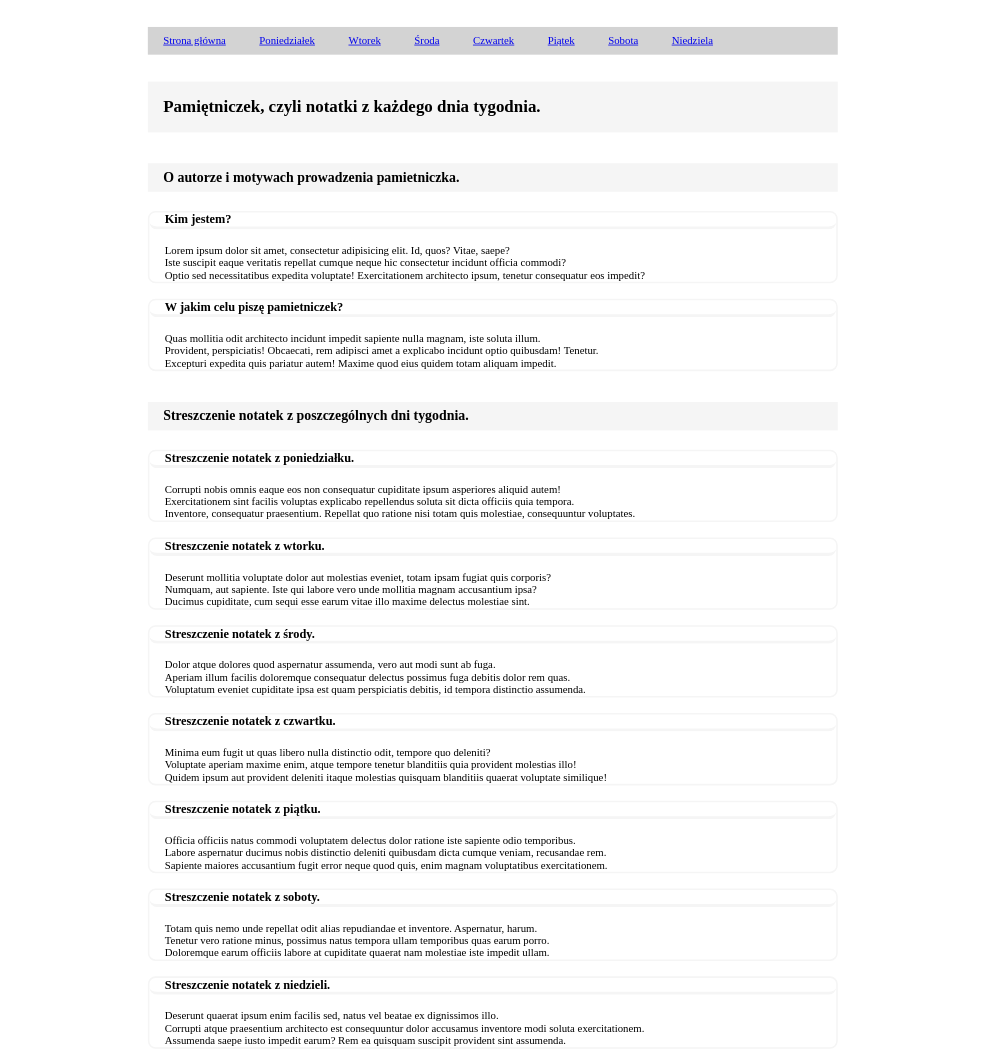
Repository: ArturNatwora/hompage
Page: index.html
These files come from the project's save history. The page is drawn as it stood at one moment and after the next save; the edit follows.
The browser window is 1280 px wide. The pictures show the whole page, at 77% of full size.

Above is the page before, as saved 2019-06-11 19:45:52.

### index.html
<!DOCTYPE html>
<html lang="pl">

<head>
    <meta charset="UTF-8">
    <meta name="viewport" content="width=device-width, initial-scale=1.0">
    <meta http-equiv="X-UA-Compatible" content="ie=edge">
    <link rel="stylesheet" href="index.css">
    <title>Strona domowa w ramach kursu WTf CO TEN FRONTEND.</title>
</head>

<body>
    <header class="bodyHeader">
        <nav class="bodyHeader__nav">
            <ul class="bodyHeader__navListLink" >
                <li class="bodyHeader__navItemLink"><a class="bodyHeader__navLink" href="index.html">Strona główna</a></li>
                <li class="bodyHeader__navItemLink"><a class="bodyHeader__navLink" href="./days/1.html">Poniedziałek</a></li>
                <li class="bodyHeader__navItemLink"><a class="bodyHeader__navLink" href="./days/2.html">Wtorek</a></li>
                <li class="bodyHeader__navItemLink"><a class="bodyHeader__navLink" href="./days/3.html">Środa</a></li>
                <li class="bodyHeader__navItemLink"><a class="bodyHeader__navLink" href="./days/4.html">Czwartek</a></li>
                <li class="bodyHeader__navItemLink"><a class="bodyHeader__navLink" href="./days/5.html">Piątek</a></li>
                <li class="bodyHeader__navItemLink"><a class="bodyHeader__navLink" href="./days/6.html">Sobota</a></li>
                <li class="bodyHeader__navItemLink"><a class="bodyHeader__navLink" href="./days/7.html">Niedziela</a></li>
            </ul>
        </nav>
        <h1 class="bodyHeader__title">Pamiętniczek, czyli notatki z każdego dnia tygodnia.</h1>
    </header>
    <main class="main">
        <section class="section">
            <h2 class="section__title">O autorze i motywach prowadzenia pamietniczka.</h2>
            <article class="article">
                <h3 class="article__title">Kim jestem?</h3>
                <p>Lorem ipsum dolor sit amet, consectetur adipisicing elit. Id, quos? Vitae, saepe?</p>
                <p>Iste suscipit eaque veritatis repellat cumque neque hic consectetur incidunt officia commodi?</p>
                <p>Optio sed necessitatibus expedita voluptate! Exercitationem architecto ipsum, tenetur consequatur eos
                    impedit?</p>
            </article>
            <article class="article">

                <h3 class="article__title">W jakim celu piszę pamietniczek?</h3>
                <p>Quas mollitia odit architecto incidunt impedit sapiente nulla magnam, iste soluta illum.</p>
                <p>Provident, perspiciatis! Obcaecati, rem adipisci amet a explicabo incidunt optio quibusdam! Tenetur.
                </p>
                <p>Excepturi expedita quis pariatur autem! Maxime quod eius quidem totam aliquam impedit.</p>
            </article>

        </section>

        <section class="section">
                <h2 class="section__title">Streszczenie notatek z poszczególnych dni tygodnia.</h2>
                <article class="article">
                    <h3 class="article__title">Streszczenie notatek z poniedziałku.</h3>
                    <p>Corrupti nobis omnis eaque eos non consequatur cupiditate ipsum asperiores aliquid autem!</p>
                    <p>Exercitationem sint facilis voluptas explicabo repellendus soluta sit dicta officiis quia
                        tempora.</p>
                    <p>Inventore, consequatur praesentium. Repellat quo ratione nisi totam quis molestiae, consequuntur
                        voluptates.</p>
                </article>
                <article class="article">
                    <h3 class="article__title">Streszczenie notatek z wtorku.</h3>
                    <p>Deserunt mollitia voluptate dolor aut molestias eveniet, totam ipsam fugiat quis corporis?</p>
                    <p>Numquam, aut sapiente. Iste qui labore vero unde mollitia magnam accusantium ipsa?</p>
                    <p>Ducimus cupiditate, cum sequi esse earum vitae illo maxime delectus molestiae sint.</p>
                </article>
                <article class="article">
                    <h3 class="article__title">Streszczenie notatek z środy.</h3>
                    <p>Dolor atque dolores quod aspernatur assumenda, vero aut modi sunt ab fuga.</p>
                    <p>Aperiam illum facilis doloremque consequatur delectus possimus fuga debitis dolor rem quas.</p>
                    <p>Voluptatum eveniet cupiditate ipsa est quam perspiciatis debitis, id tempora distinctio
                        assumenda.</p>
                </article>
                <article class="article">
                    <h3 class="article__title">Streszczenie notatek z czwartku.</h3>
                    <p>Minima eum fugit ut quas libero nulla distinctio odit, tempore quo deleniti?</p>
                    <p>Voluptate aperiam maxime enim, atque tempore tenetur blanditiis quia provident molestias illo!
                    </p>
                    <p>Quidem ipsum aut provident deleniti itaque molestias quisquam blanditiis quaerat voluptate
                        similique!</p>
                </article>
                <article class="article">
                    <h3 class="article__title">Streszczenie notatek z piątku.</h3>
                    <p>Officia officiis natus commodi voluptatem delectus dolor ratione iste sapiente odio temporibus.
                    </p>
                    <p>Labore aspernatur ducimus nobis distinctio deleniti quibusdam dicta cumque veniam, recusandae
                        rem.</p>
                    <p>Sapiente maiores accusantium fugit error neque quod quis, enim magnam voluptatibus
                        exercitationem.</p>
                </article>
                <article class="article">
                    <h3 class="article__title">Streszczenie notatek z soboty.</h3>
                    <p>Totam quis nemo unde repellat odit alias repudiandae et inventore. Aspernatur, harum.</p>
                    <p>Tenetur vero ratione minus, possimus natus tempora ullam temporibus quas earum porro.</p>
                    <p>Doloremque earum officiis labore at cupiditate quaerat nam molestiae iste impedit ullam.</p>
                </article>
                <article class="article">
                    <h3 class="article__title">Streszczenie notatek z niedzieli.</h3>
                    <p>Deserunt quaerat ipsum enim facilis sed, natus vel beatae ex dignissimos illo.</p>
                    <p>Corrupti atque praesentium architecto est consequuntur dolor accusamus inventore modi soluta
                        exercitationem.</p>
                    <p>Assumenda saepe iusto impedit earum? Rem ea quisquam suscipit provident sint assumenda.</p>
                </article>
            </section>


    </main>
    <script src="index.js"></script>
</body>

</html>

### index.css

*{
    margin: 0;
    padding: 0;
    box-sizing: border-box;
    font-size: 14px;
}


body{
    width: 70%;
    margin:  auto;

}

.bodyHeader {
    width: 100%;

    display: block;
    position: relative;


}
.bodyHeader__nav{
    background: lightgrey;
    width: 100%;
    height: auto;
    margin: 35px 0;

    display: block;
}
.bodyHeader__navListLink {
    width: 100%;
    list-style: none;
    display: block;
}
.bodyHeader__navItemLink{
    display: inline-block;
    margin: 10px 20px;
}

.bodyHeader__title{
    font-size: 22px;
    display: block;
    margin:16px 0;
    padding: 20px;
    background: whitesmoke;
}
.section{
    width: 100%;
    margin:40px 0 0 0 ;




}
.section__title{
    width: 100%;
    font-size: 18px;
    display: block;
    margin:25px 0;
    padding: 8px 20px;
    background: whitesmoke;
}
.article{

    display: block;
    margin:0 0 20px 0;
    padding: 0px;
    border: 2px solid;
    border-color: whitesmoke;
    border-radius: 10px;

}
.article__title{
    font-size: 16px;
    display: block;
    margin:0 0 20px 0 ;
    padding: 0 20px;

    border-width: 0 0 4px 0 ;
    border-style: solid;
    border-color: whitesmoke;
    border-radius: 10px;

}
p{
    text-align: justify;
    padding: 0 20px;
}

Loaded but not shown: index.js (no copy from this time; the picture is the same without it)

After the next save:
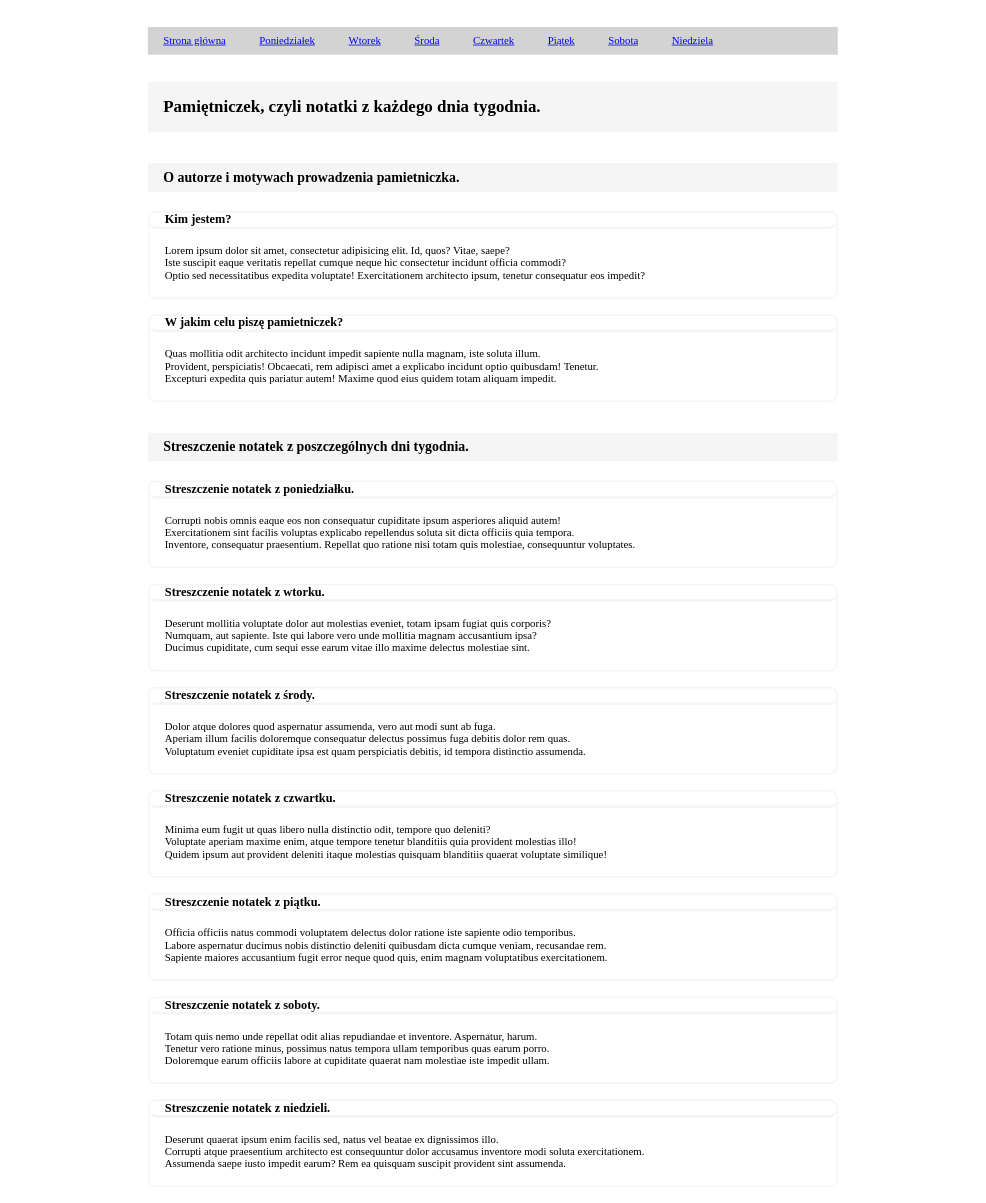
Saved 2 min 6 s later.
--- a/index.css
+++ b/index.css
@@ -66,7 +66,7 @@ body{
 
     display: block;
     margin:0 0 20px 0;
-    padding: 0px;
+    padding:0 0 20px 0px;
     border: 2px solid;
     border-color: whitesmoke;
     border-radius: 10px;
